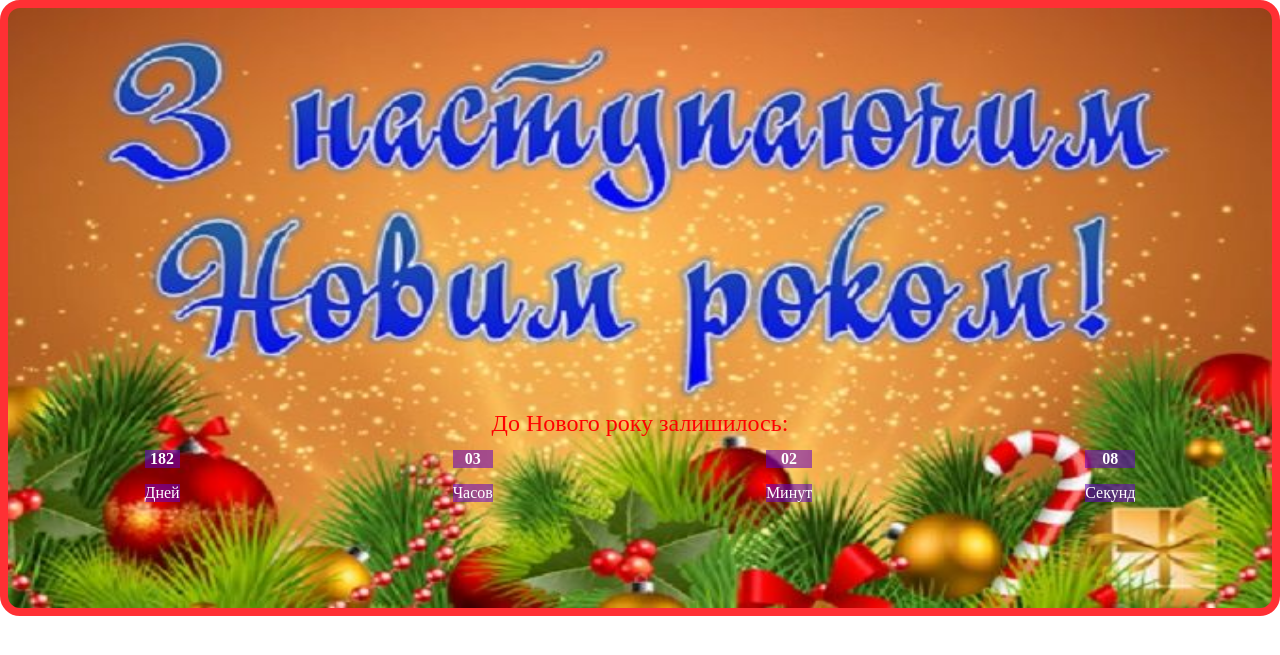
Repository: KonstantinKhamilov/JavaScript11-new-year
Page: index.html
These files come from the project's save history. The page is drawn as it stood at one moment and after the next save; the edit follows.
The browser window is 1280 px wide. The pictures show the whole page.

Above is the page before, as saved 2024-12-29 19:34:27.

After the next save:
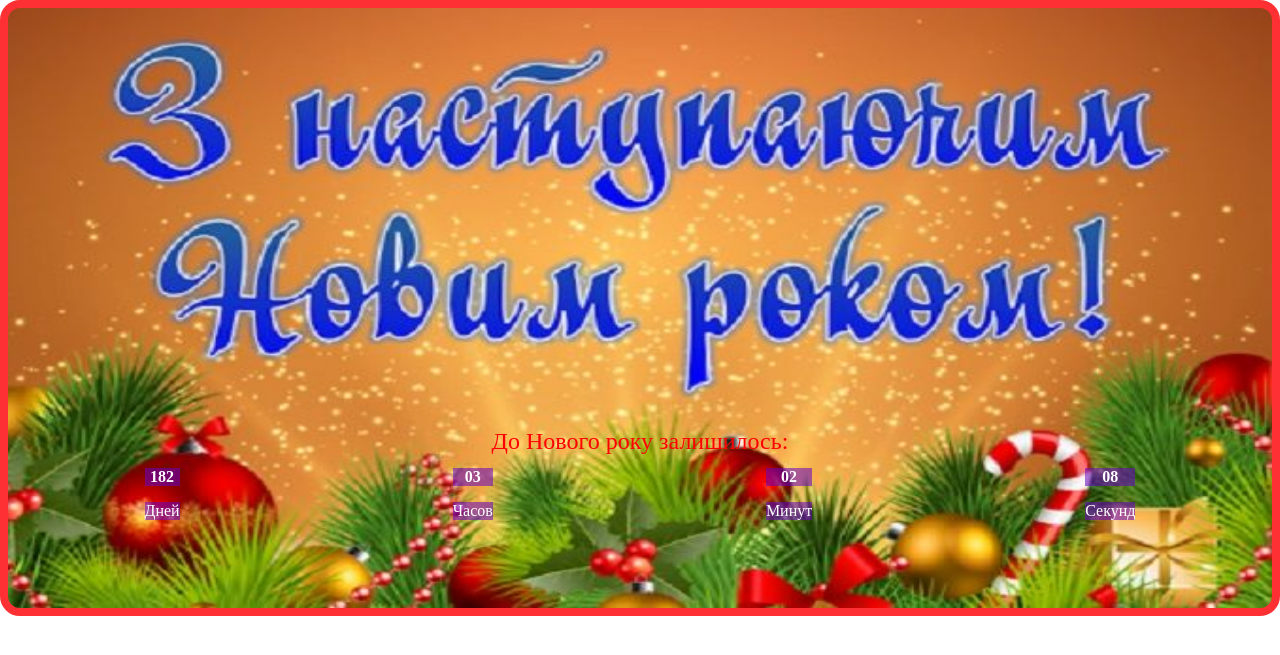
Saved 12 s later.
--- a/newYear.css
+++ b/newYear.css
@@ -29,7 +29,7 @@ body {
     justify-content: space-between;
     padding: 100% 0px 0px 0px;
     position: absolute;
-    bottom: 15%;
+    bottom: 12%;
     width: 100%;
   }
 
